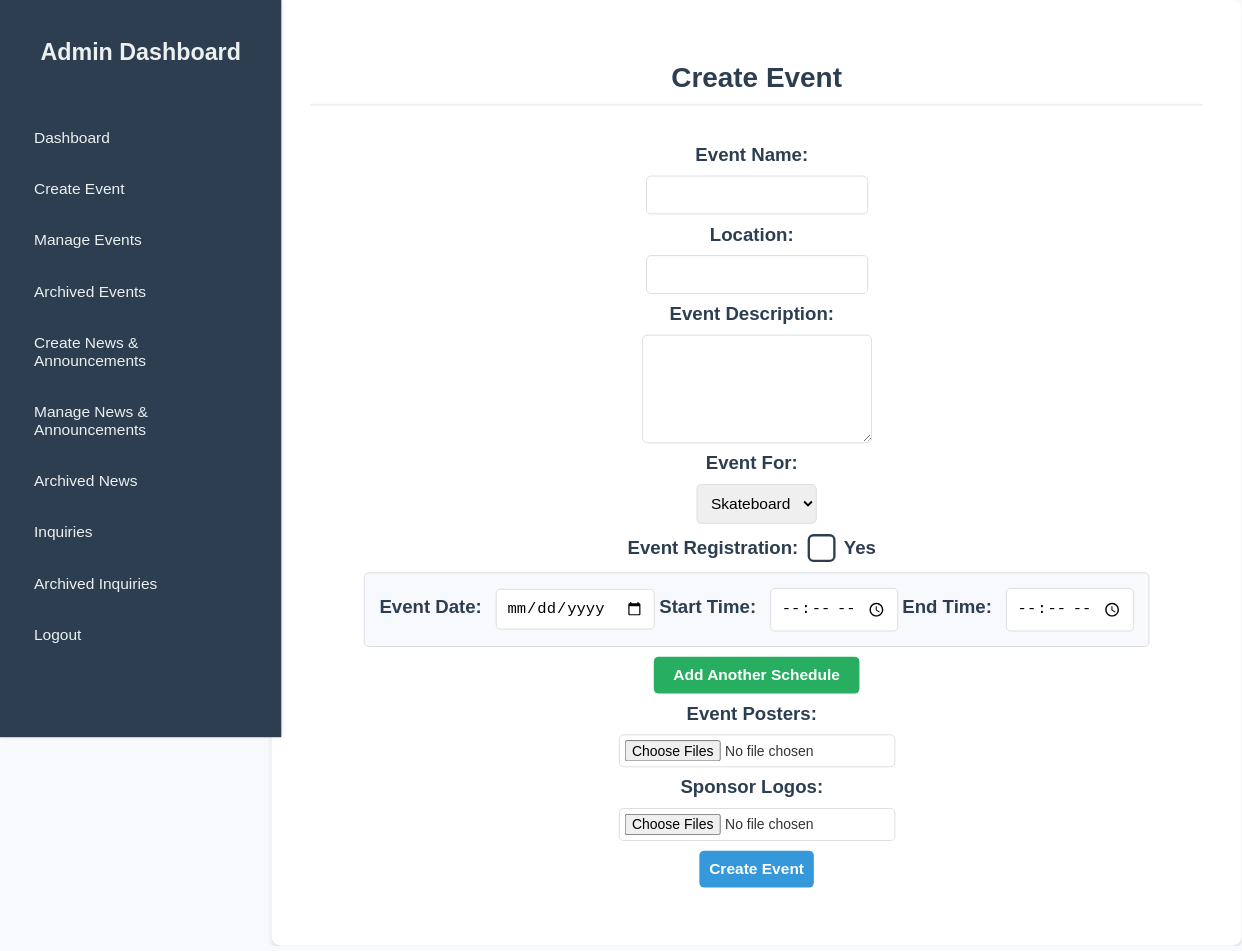
Repository: KharonKade/Capstone
Page: http://localhost/admin.html
The author's editor kept a copy of each file at every save. The page is drawn from the files as they stood at one save, then again after the next save.
The browser window is 1280 px wide. The pictures show the whole page, at 97% of full size.
The page is run by PHP 8.4 with error messages shown; the project is at /var/www/html/.

Above is the page before, as saved 2025-04-01 13:11:36.

After the next save:
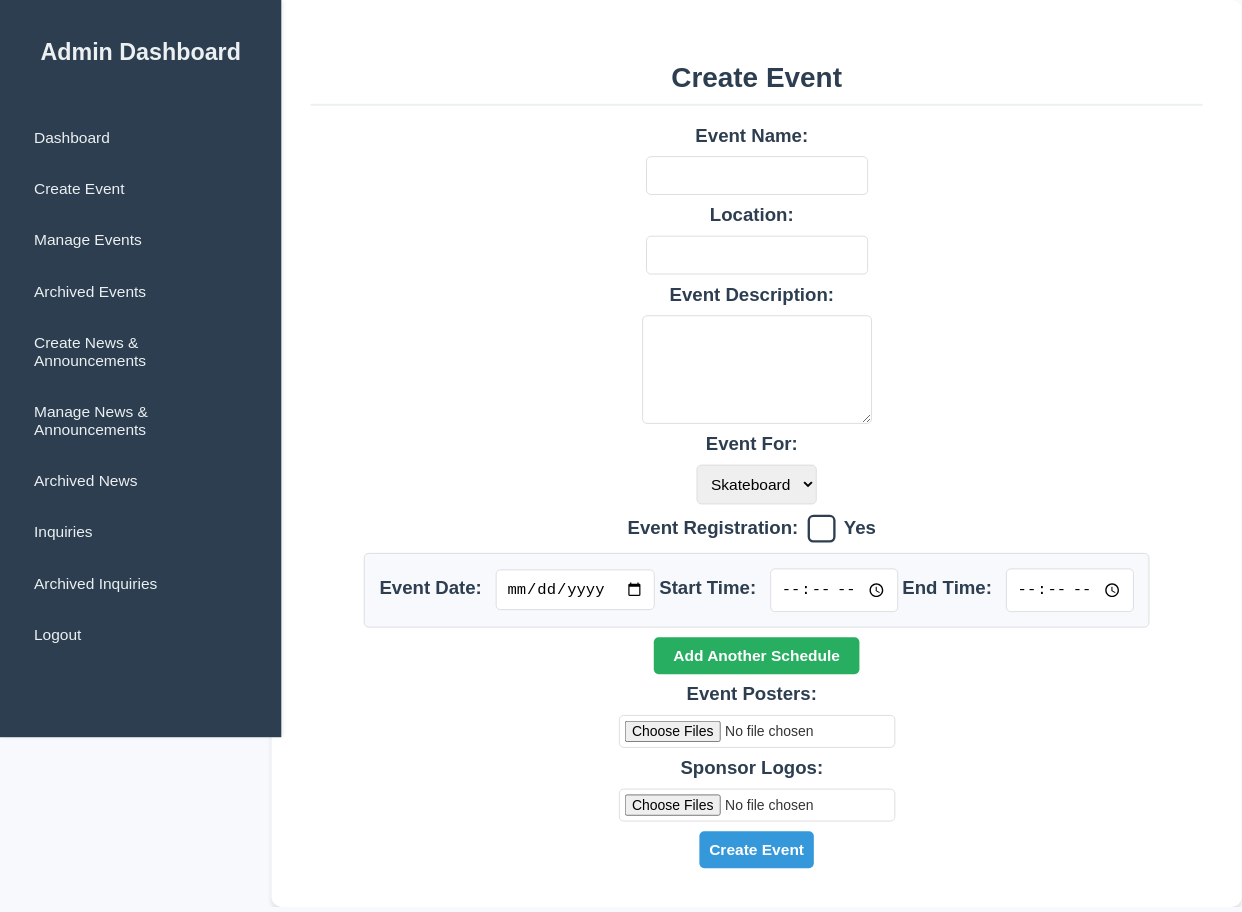
Saved 47 s later.
--- a/Css/admin.css
+++ b/Css/admin.css
@@ -81,9 +81,6 @@ form {
     flex-direction: column;
     gap: 10px;
     margin-top: 10px;
-    padding: 20px;
-    margin: 0 auto;
-    max-width: 1000px;
     align-items: center;
 }
 
